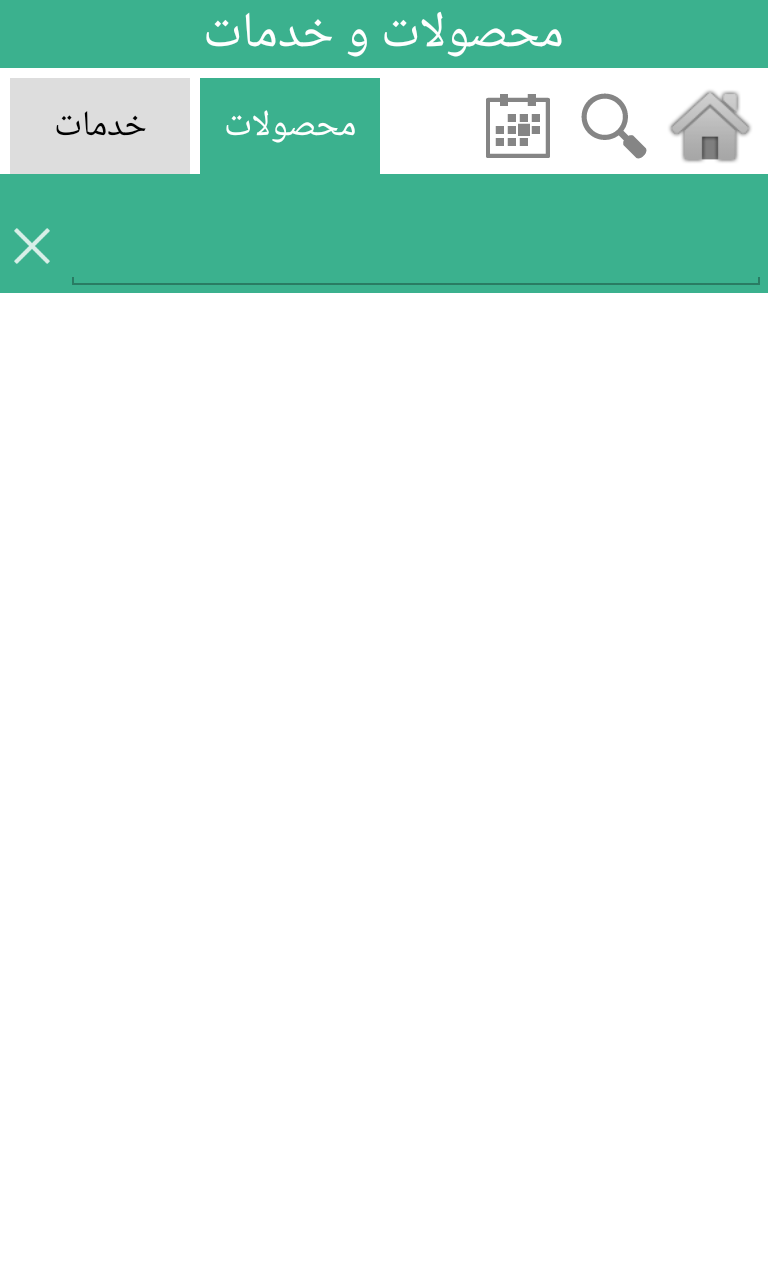
Repository: AtiehPardaz/CRM-Mobile
Layout: Crm-Mobile/res/layout/activity_product_services.xml
These files come from the project's save history. The layout is drawn as it stood at one moment and after the next save; the edit follows.
It is drawn on a 768 x 1280 px phone screen (xhdpi) without system bars, with theme android:Theme.Holo.Light.NoActionBar.Fullscreen; the app's code is not run. Lists and similar views that code fills are empty.

Above is the layout before, as saved 2015-02-24 13:23:17.

After the next save:
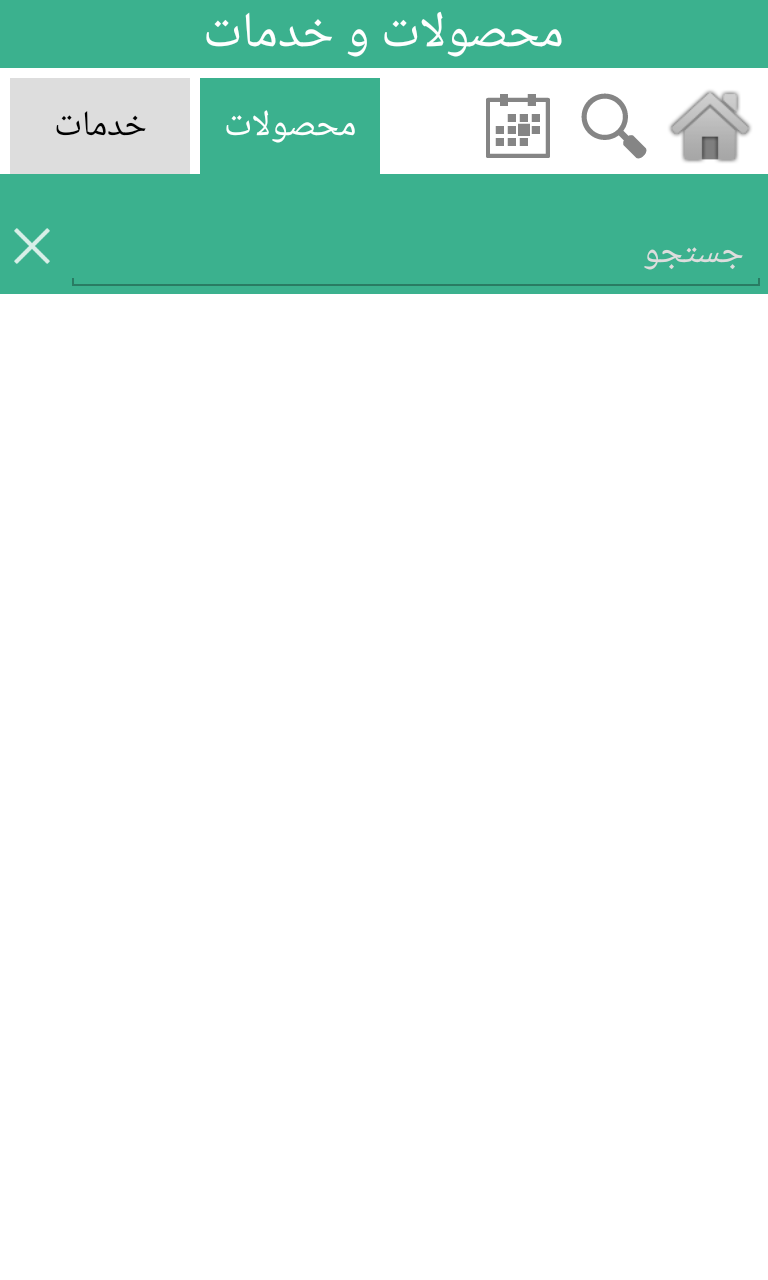
Saved 4 min 23 s later.
--- a/Crm-Mobile/res/layout/activity_product_services.xml
+++ b/Crm-Mobile/res/layout/activity_product_services.xml
@@ -116,7 +116,10 @@
                 android:layout_height="wrap_content"
                 android:layout_weight="2"
                 android:ems="10"
-                android:gravity="right" />
+                android:gravity="right"
+                android:hint="جستجو"
+                android:textColor="@color/marker_color"
+                android:textColorHint="@color/bg_action_gray" />
 
         </LinearLayout>
 
